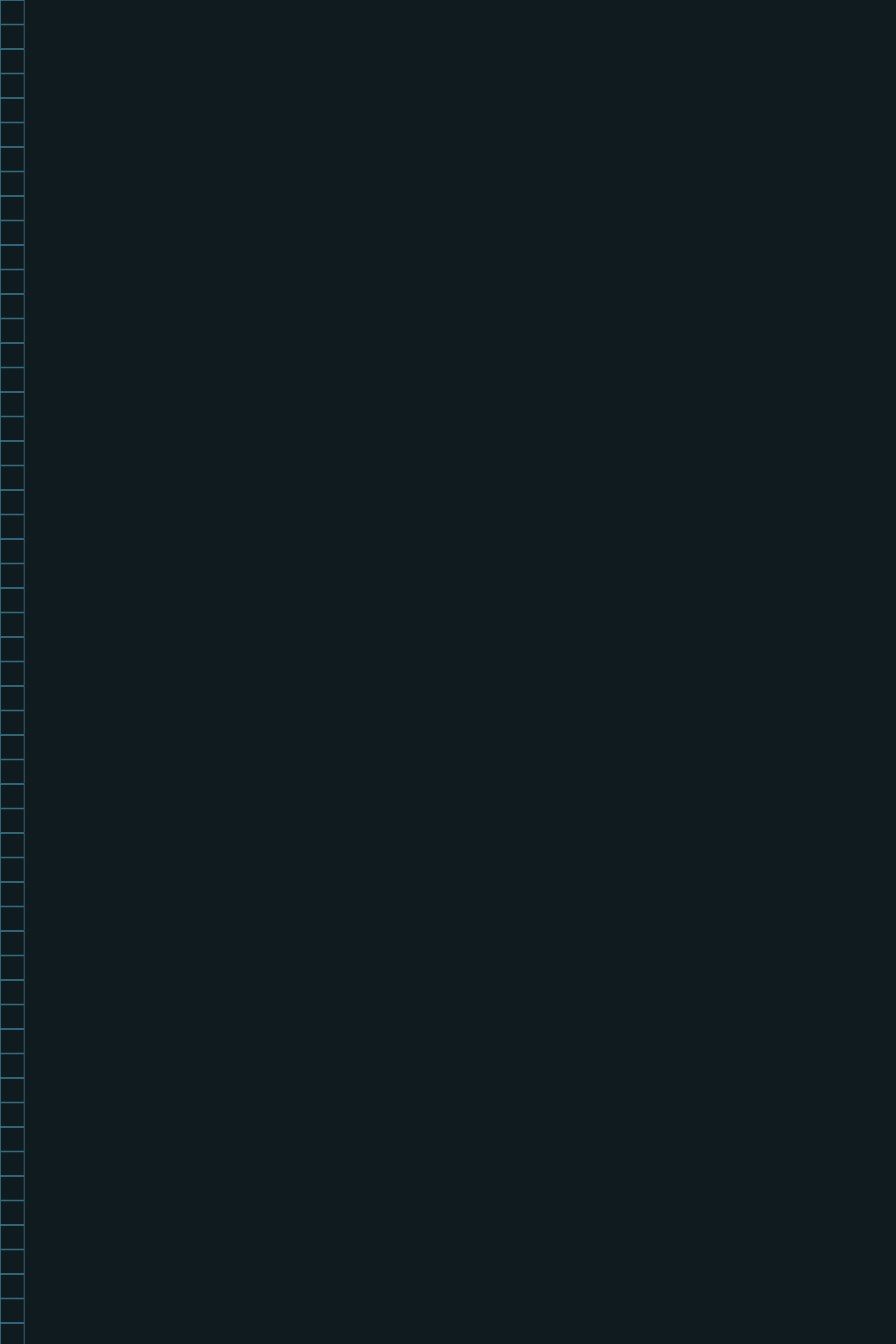
Repository: rehans-Life/linkedlist-snake-game
Page: /
The author's editor kept a copy of each file at every save. The page is drawn from the files as they stood at one save, then again after the next save.
The browser window is 1280 px wide. The pictures show the part of the page from y = 0 to 1920 px (the page is 3500 px tall), at 70% of full size.
The project was rebuilt for these pictures with package versions that can differ from the ones it lists, and the page was loaded fresh each time. The framework's server and built-in components were replaced by stand-ins that run in the browser. Also part of the build but not shown: next.config.js.

Above is the page before, as saved 2023-04-14 21:49:56.

After the next save:
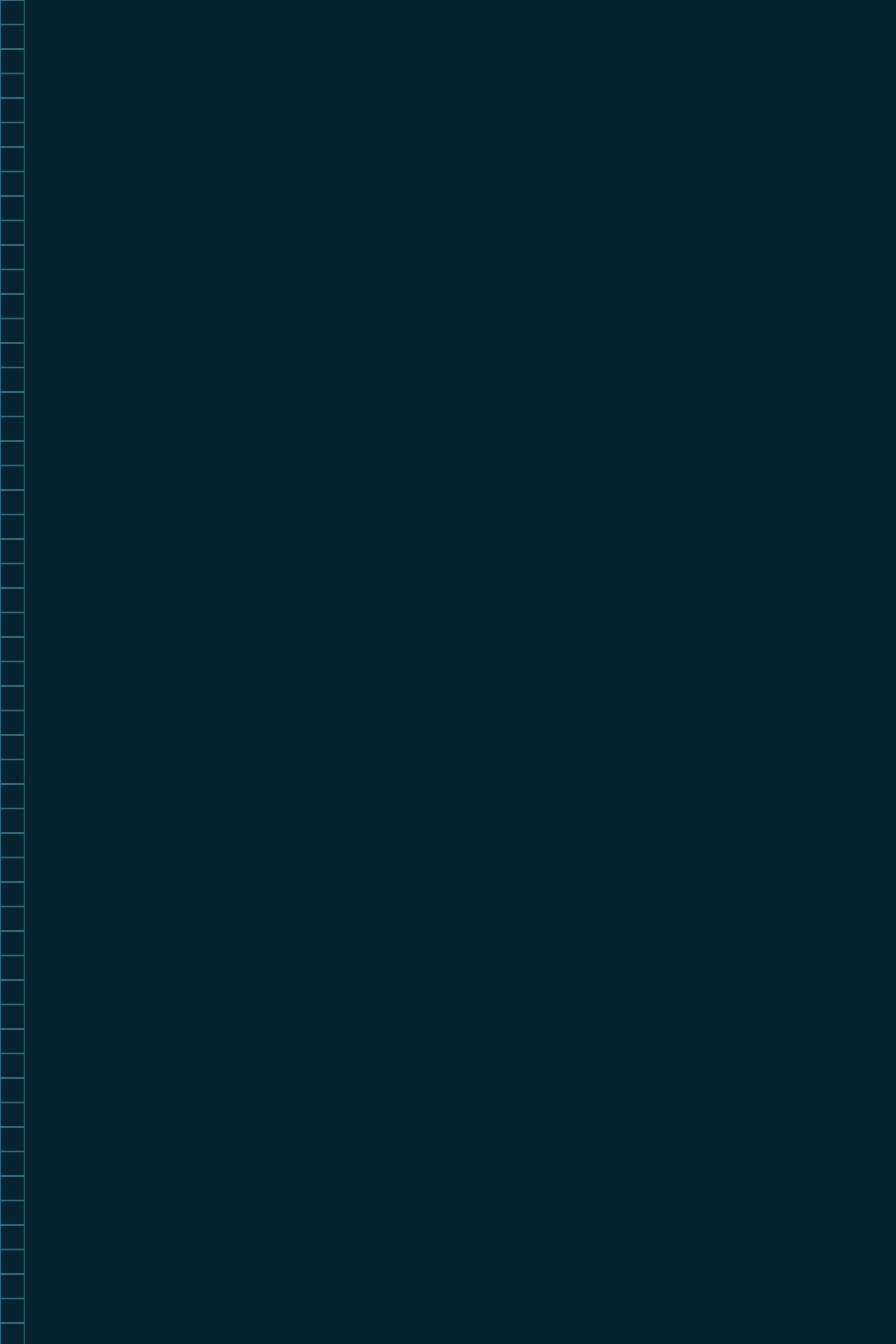
Saved 8 s later.
--- a/styles/Home.module.css
+++ b/styles/Home.module.css
@@ -1,5 +1,5 @@
 .container {
-  background-color: rgb(15, 27, 31);
+  background-color: rgb(4, 37, 48);
 }
 
 .cell {
